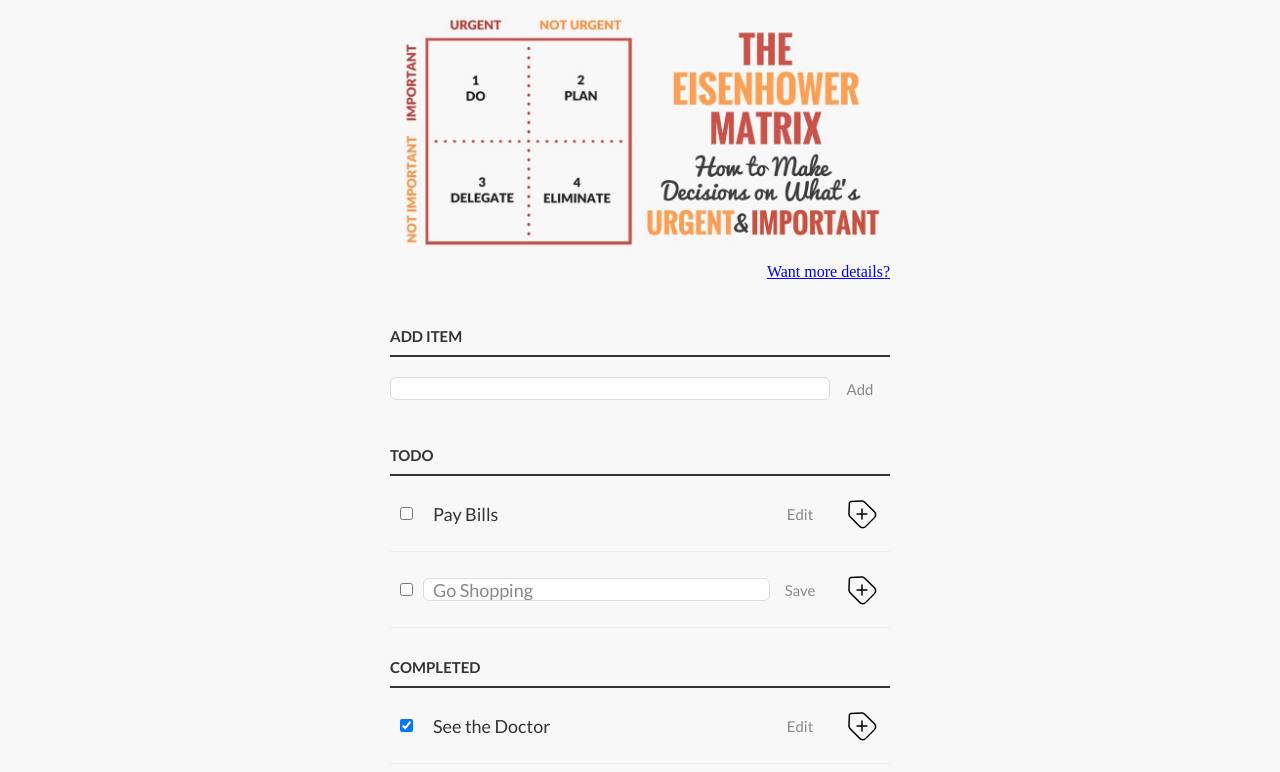
Repository: dev1siWoo/clean-code-s1e1
Page: index.html
The author's editor kept a copy of each file at every save. The page is drawn from the files as they stood at one save, then again after a run of saves.
The browser window is 1280 px wide. The pictures show the whole page.

Above is the page before, as saved 2024-01-08 21:37:48.

### index.html
<!DOCTYPE html>
<html>
    <head>
        <title>Todo App</title>
        <link href="https://fonts.googleapis.com/css?family=Lato:300,400,700" rel="stylesheet" >
        <link rel="stylesheet" href="style.css" media="screen" charset="utf-8">
    </head>
    <body>
        <div class="aaa">
            <img src="./eisenhower-matrix.jpg">
            <a class="more_inf" href="https://goal-life.com/page/method/matrix-eisenhower">Want more details?</a>
        </div>
        <div class="centered-main-page-element">
            <p id="topSectionForAddingElementToList">
                <label for="new-task">Add Item</label>
                <div class="task-row-wrapper">
                    <input id="new-task"class="task" type="text">
                    <button>Add</button>
                </div>
            </p>
            <h3>Todo</h3>
            <ul id="incompleteTasks">
                <li>
                    <input type="checkbox">
                    <label class="task">Pay Bills</label>
                    <input type="text" class="task">
                    <button class="edit">Edit</button>
                    <button class="delete">
                        <img src="./remove.svg">
                    </button>
                </li>
                <li class="editMode">
                    <input type="checkbox">
                    <label class="task">Go Shopping</label>
                    <input type="text" value="Go Shopping" class="task">
                    <button class="edit">Save</button>
                    <button class="delete">
                        <img src="./remove.svg">
                    </button>
                </li>
            </ul>
            <h3>Completed</h3>
            <ul id="completed-tasks">
                <li>
                    <input type="checkbox" checked>
                    <label class="task">See the Doctor</label>
                    <input type="text" class="task">
                    <button class="edit">Edit</button>
                    <button class="delete">
                        <img src="./remove.svg">
                    </button>
                </li>
            </ul>
        </div>
        <script type="text/javascript" SRC="app.js"></script>
    </body>
</html>

### style.css
/* Basic Style */
body {
    background-color: #f8f8f8;
    color: #333;
    font-family: Lato, sans-serif;
}
.aaa {
    width: 500px;
    margin: 0 auto;
    display: block;
    text-align: right;
}
.aaa img {
    width: 100%;
}
.aaa .more_inf {
    font-family: fantasy, cursive;
}

@media (max-width:768px) {
.aaa { text-align: center;
}
}
.centered-main-page-element {
    display: block;
    width: 500px;
    margin: 0 auto 0;
}
.task {
    width: 56%;
    display: inline-block;
    flex-grow: 1
}
.task-row-wrapper {
    display: flex;
}
ul {
    margin:0;
    padding: 0px;
}
li, h3 {
    list-style:none;
}
input,button{
    outline:none;
}
button {
    background: none;
    border: 0px;
    color: #888;
    font-size: 15px;
    width: 60px;
    font-family: Lato, sans-serif;
    cursor: pointer;
}
button:hover {
    color: #3a3A3a;
}
/* Heading */
h3,
label[for='new-task'] {
    color: #333;
    font-weight: 700;
    font-size: 15px;
    border-bottom: 2px solid #333;
    padding: 30px 0 10px;
    margin: 0;
    text-transform: uppercase;
}
input[type="text"] {
    margin: 0;
    font-size: 18px;
    line-height: 18px;
    height: 21px;
    padding: 0 9px;
    border: 1px solid #dDd;
    background: #FFF;
    border-radius: 6px;
    font-family: Lato, sans-serif;
    color: #888;
}
input[type="text"]:focus {
    color: #333;
}

/* New Task */
label[for='new-task'] {
    display: block;
    margin: 0 0 20px;
}
input#new-task {
    width: 318px;
}

/* Task list */
li {
    overflow: hidden;
    padding: 20px 0;
    border-bottom: 1px solid #eee;

    display: flex;
    justify-content: space-between;
    align-items: center;
}
li > * {
    vertical-align: middle;
}

li > input[type="checkbox"] {
    margin: 0 10px;
}
li > label {
    padding-left: 10px;
    box-sizing: border-box;
    font-size: 18px;
    width: 226px;
}
li >    input[type="text"] {
    width: 226px
}
button.delete img {
    height: 2em;
    transform: rotateZ(45deg);
    transition: transform 200ms ease-in;
}
button.delete img:hover {
    transform: rotateZ(0);
}

/* Completed */
ul#completed-tasks label {
    text-decoration: line-through
    color: #888;
}

/* Edit Task */
ul li input[type=text] {
    display:none
}

ul li.editMode input[type=text] {
    display:inline-block;
    width:224px
}

ul li.editMode label {
    display:none;
}

### app.js
//Document is the DOM can be accessed in the console with document.window.
// Tree is from the top, html, body, p etc.

//Problem: User interaction does not provide the correct results.
//Solution: Add interactivity so the user can manage daily tasks.
//Break things down into smaller steps and take each step at a time.


// Event handling, user interaction is what starts the code execution.

var taskInput=document.getElementById("new-task");//Add a new task.
var addButton=document.getElementsByTagName("button")[0];//first button
var incompleteTaskHolder=document.getElementById("incompleteTasks");//ul of #incompleteTasks
var completedTasksHolder=document.getElementById("completed-tasks");//completed-tasks


//New task list item
var createNewTaskElement=function(taskString){

    var listItem=document.createElement("li");

    //input (checkbox)
    var checkBox=document.createElement("input");//checkbx
    //label
    var label=document.createElement("label");//label
    //input (text)
    var editInput=document.createElement("input");//text
    //button.edit
    var editButton=document.createElement("button");//edit button

    //button.delete
    var deleteButton=document.createElement("button");//delete button
    var deleteButtonImg=document.createElement("img");//delete button image

    label.innerText=taskString;
    label.className='task';

    //Each elements, needs appending
    checkBox.type="checkbox";
    editInput.type="text";
    editInput.className="task";

    editButton.innerText="Edit"; //innerText encodes special characters, HTML does not.
    editButton.className="edit";

    deleteButton.className="delete";
    deleteButtonImg.src='./remove.svg';
    deleteButton.appendChild(deleteButtonImg);


    //and appending.
    listItem.appendChild(checkBox);
    listItem.appendChild(label);
    listItem.appendChild(editInput);
    listItem.appendChild(editButton);
    listItem.appendChild(deleteButton);
    return listItem;
}



var addTask=function(){
    console.log("Add Task...");
    //Create a new list item with the text from the #new-task:
    if (!taskInput.value) return;
    var listItem=createNewTaskElement(taskInput.value);

    //Append listItem to incompleteTaskHolder
    incompleteTaskHolder.appendChild(listItem);
    bindTaskEvents(listItem, taskCompleted);

    taskInput.value="";

}

//Edit an existing task.

var editTask=function(){
    console.log("Edit Task...");
    console.log("Change 'edit' to 'save'");


    var listItem=this.parentNode;

    var editInput=listItem.querySelector('input[type=text]');
    var label=listItem.querySelector("label");
    var editBtn=listItem.querySelector(".edit");
    var containsClass=listItem.classList.contains("editMode");
    //If class of the parent is .editmode
    if(containsClass){

        //switch to .editmode
        //label becomes the inputs value.
        label.innerText=editInput.value;
        editBtn.innerText="Edit";
    }else{
        editInput.value=label.innerText;
        editBtn.innerText="Save";
    }

    //toggle .editmode on the parent.
    listItem.classList.toggle("editMode");
};


//Delete task.
var deleteTask=function(){
    console.log("Delete Task...");

    var listItem=this.parentNode;
    var ul=listItem.parentNode;
    //Remove the parent list item from the ul.
    ul.removeChild(listItem);

}


//Mark task completed
var taskCompleted=function(){
    console.log("Complete Task...");

    //Append the task list item to the #completed-tasks
    var listItem=this.parentNode;
    completedTasksHolder.appendChild(listItem);
    bindTaskEvents(listItem, taskIncomplete);

}


var taskIncomplete=function(){
    console.log("Incomplete Task...");
//Mark task as incomplete.
    //When the checkbox is unchecked
    //Append the task list item to the #incompleteTasks.
    var listItem=this.parentNode;
    incompleteTaskHolder.appendChild(listItem);
    bindTaskEvents(listItem,taskCompleted);
}



var ajaxRequest=function(){
    console.log("AJAX Request");
}

//The glue to hold it all together.


//Set the click handler to the addTask function.
addButton.onclick=addTask;
addButton.addEventListener("click",addTask);
addButton.addEventListener("click",ajaxRequest);


var bindTaskEvents=function(taskListItem,checkBoxEventHandler){
    console.log("bind list item events");
//select ListItems children
    var checkBox=taskListItem.querySelector("input[type=checkbox]");
    var editButton=taskListItem.querySelector("button.edit");
    var deleteButton=taskListItem.querySelector("button.delete");


    //Bind editTask to edit button.
    editButton.onclick=editTask;
    //Bind deleteTask to delete button.
    deleteButton.onclick=deleteTask;
    //Bind taskCompleted to checkBoxEventHandler.
    checkBox.onchange=checkBoxEventHandler;
}

//cycle over incompleteTaskHolder ul list items
//for each list item
for (var i=0; i<incompleteTaskHolder.children.length;i++){

    //bind events to list items chldren(tasksCompleted)
    bindTaskEvents(incompleteTaskHolder.children[i],taskCompleted);
}




//cycle over completedTasksHolder ul list items
for (var i=0; i<completedTasksHolder.children.length;i++){
    //bind events to list items chldren(tasksIncompleted)
    bindTaskEvents(completedTasksHolder.children[i],taskIncomplete);
}




// Issues with usability don't get seen until they are in front of a human tester.

//prevent creation of empty tasks.

//Change edit to save when you are in edit mode.

After the next 2 saves:
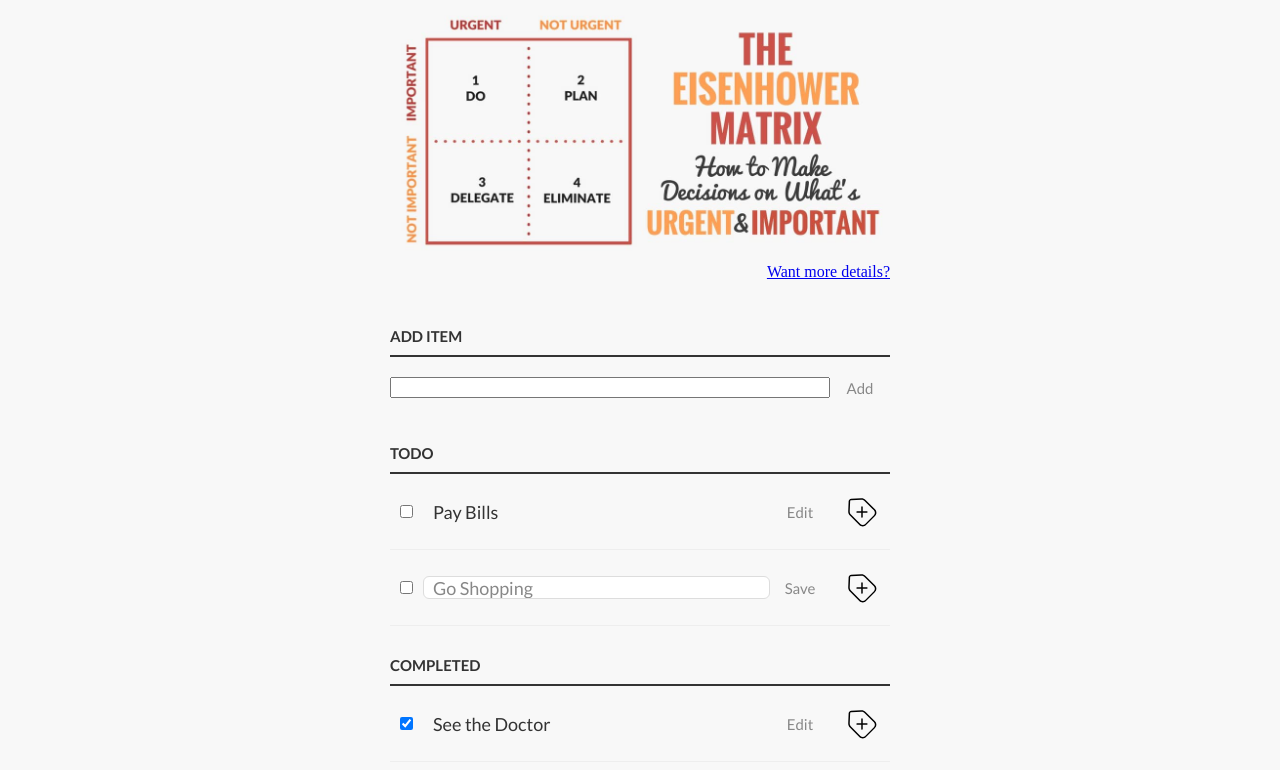
The 2 saves are shown as one change because they came seconds apart.
The last was saved 11 s later.
--- a/index.html
+++ b/index.html
@@ -14,7 +14,7 @@
             <p id="topSectionForAddingElementToList">
                 <label for="new-task">Add Item</label>
                 <div class="task-row-wrapper">
-                    <input id="new-task"class="task" type="text">
+                    <input id="new-task"class="task">
                     <button>Add</button>
                 </div>
             </p>

After the 4 saves that followed:
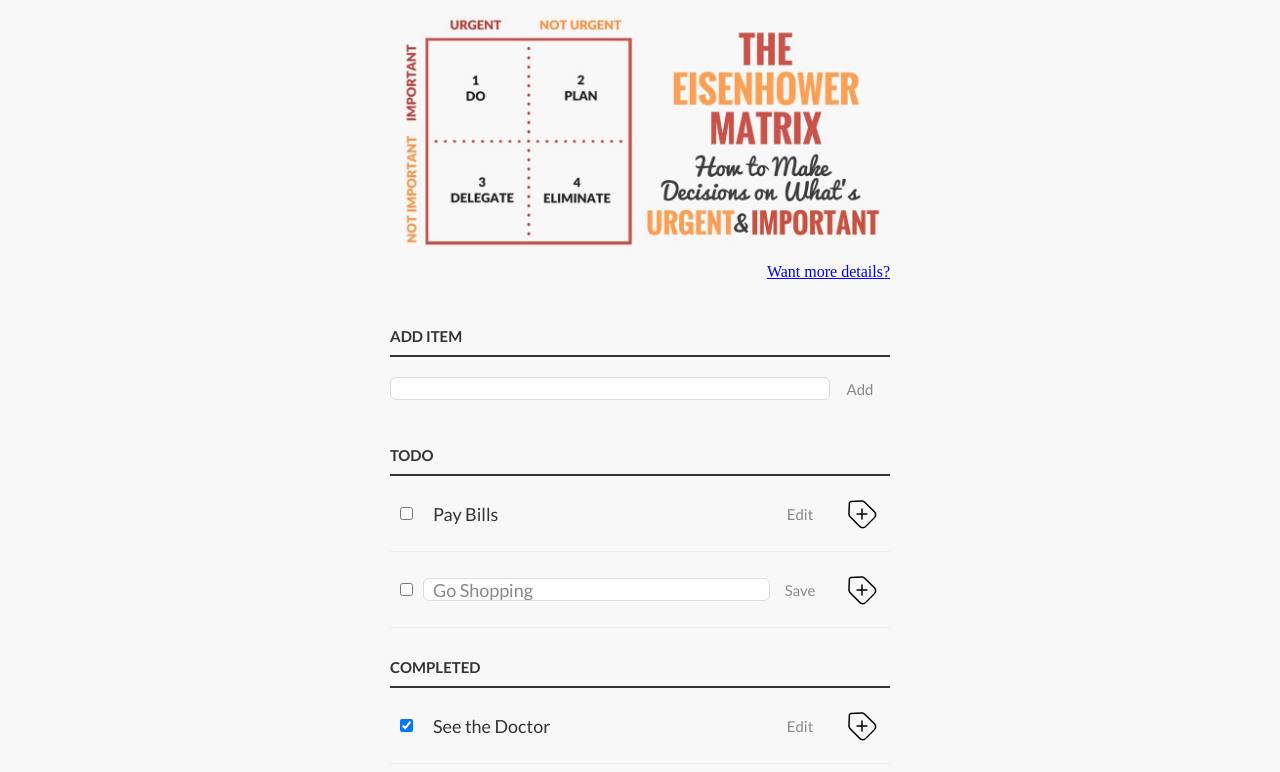
The 4 saves are shown as one change because 2 left the picture as it was and some came seconds apart.
The last was saved 79 s later.
--- a/index.html
+++ b/index.html
@@ -14,7 +14,7 @@
             <p id="topSectionForAddingElementToList">
                 <label for="new-task">Add Item</label>
                 <div class="task-row-wrapper">
-                    <input id="new-task"class="task">
+                    <input id="new-task"class="task" type="text">
                     <button>Add</button>
                 </div>
             </p>
